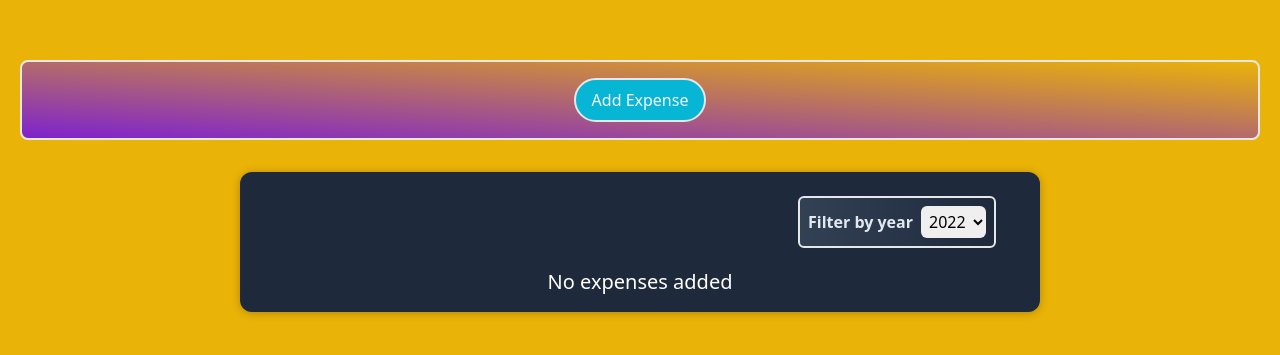
Repository: Sef24/expense-tracker
Page: /
These files come from the project's save history. The page is drawn as it stood at one moment and after the next save; the edit follows.
The browser window is 1280 px wide. The pictures show the whole page.
The project was rebuilt for these pictures with package versions that can differ from the ones it lists, and the page was loaded fresh each time. Also part of the build but not shown: src/components/ExpenseItem.css, src/components/ExpenseDate.css, src/components/ExpenseDate.js, src/components/ExpenseItem.js, src/components/NewExpense/NewExpense.css, src/components/NewExpense/ExpenseForm.css, src/components/NewExpense/ExpenseForm.js.

Above is the page before, as saved 2022-05-03 20:34:25.

After the next save:
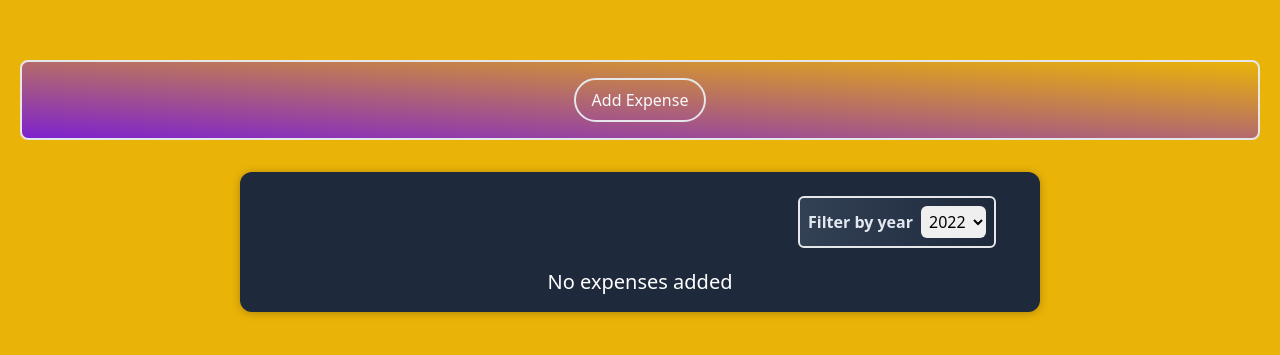
Saved 5 s later.
--- a/src/components/NewExpense/NewExpense.js
+++ b/src/components/NewExpense/NewExpense.js
@@ -35,7 +35,7 @@ function NewExpense(props) {
             onClick={startEditingHandler}
             className="flex  items-center justify-center border-2  p-2 px-4 rounded-full text-slate-50
           cursor-pointer transition duration-100 transform hover:scale-125 hover:text-white
-          bg-cyan-500 text-extra-bold
+           text-extra-bold
           "
           >
             Add Expense
